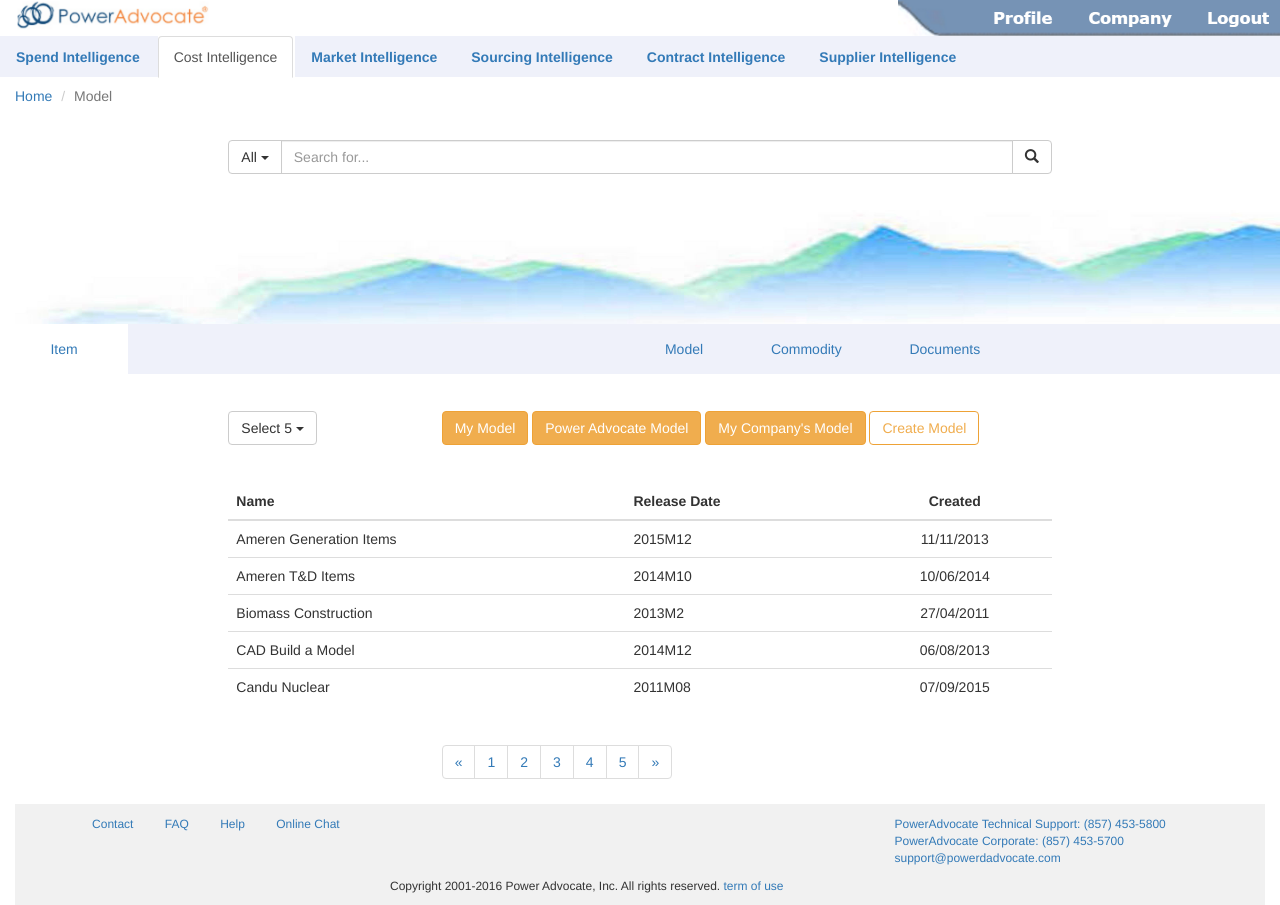
Repository: SamiraMansouri/PowerAdvocate-CostIntelligence-Application-new-Design-using-UserExperience-Method-
Page: http://localhost/PowerAdvocate/WEB-INF/views/Item.jsp
The author's editor kept a copy of each file at every save. The page is drawn from the files as they stood at one save, then again after the next save.
The browser window is 1280 px wide. The pictures show the whole page.
The page is served by Tomcat 9. Nobody is signed in. The template is opened directly, without the code that normally fills it, so the values that code supplies are empty.

Above is the page before, as saved 2016-04-25 01:49:18.

After the next save:
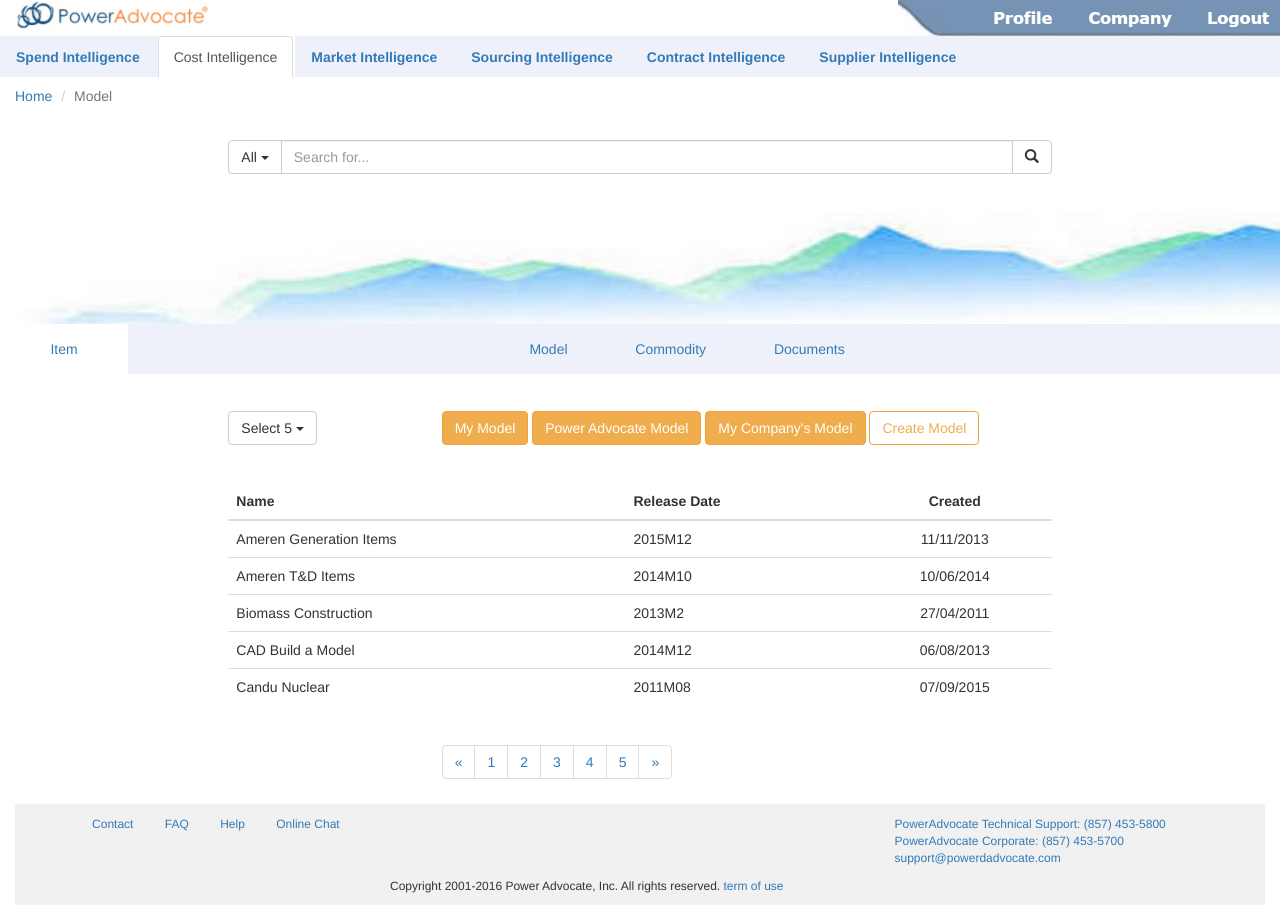
Saved 51 s later.
--- a/PowerAdvocate-Prototype/PowerAdvocate/src/main/webapp/WEB-INF/views/Item.jsp
+++ b/PowerAdvocate-Prototype/PowerAdvocate/src/main/webapp/WEB-INF/views/Item.jsp
@@ -198,17 +198,9 @@
 			<div class=" collapse navbar-collapse "
 				id="bs-example-navbar-collapse-1">
 				<ul class="nav navbar-nav">
-				<li><a href="#"></a></li>
-				<li><a href="#"></a></li>
-				<li><a href="#"></a></li>
-				<li><a href="#"></a></li>
-				<li><a href="#"></a></li>
-				<li><a href="#"></a></li>
-				<li><a href="#"></a></li>
-				<li><a href="#"></a></li>
-					<li style="width=10%"><a href="#">Model</a></li>
+					<li style="width=20%"><a href="#">Model</a></li>
 					<li class="pull-left active" style="width:10%"><a href="/prototype/Item">Item</a></li>
-									<li><a href="#"></a></li>
+					<li><a href="#"></a></li>
 					<li><a href="/prototype/Commodity">Commodity</a></li>
 									<li><a href="#"></a></li>
 					<li><a href="/prototype/Documents">Documents</a></li>
